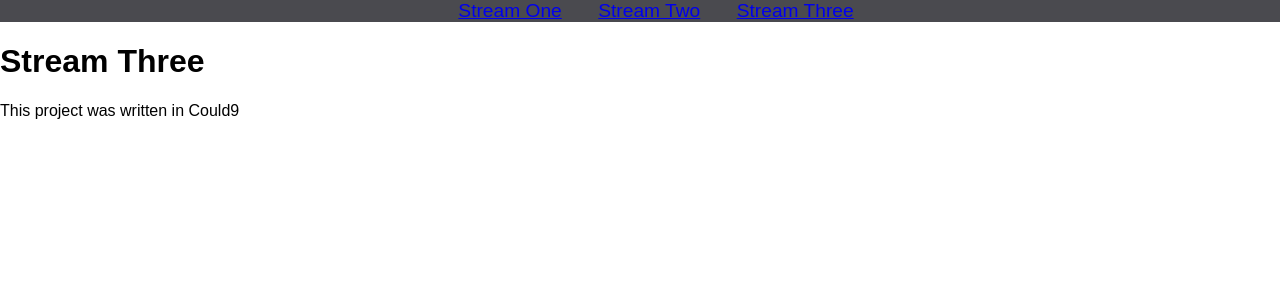
Repository: tenerim/my-first-website
Page: stream-three.html
The author's editor kept a record of every edit. The page is drawn from the files as they stood at one moment, then again after the next edit.
The browser window is 1280 px wide. The pictures show the whole page.

Above is the page before.

After the next edit:
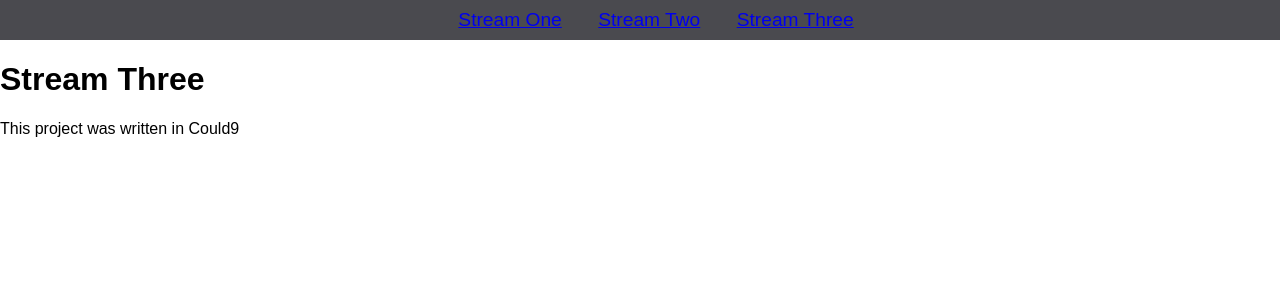
The edit:
--- a/css/style.css
+++ b/css/style.css
@@ -13,7 +13,7 @@
 
 nav li {
     font-size: 1.2em;
-    line-height: 40px
+    line-height: 40px;
     height: 40px;
     display: inline-block;
     margin-left: 2.5%;
